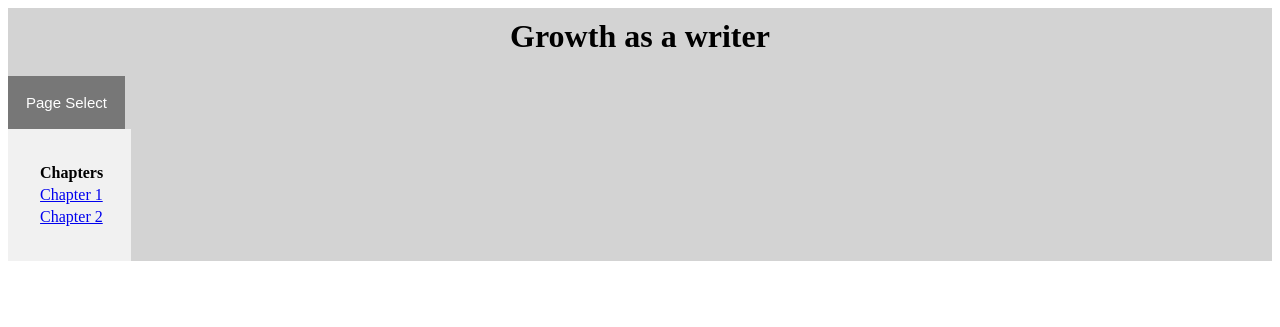
Repository: jpaisiem/WP-4
Page: index.html
These files come from the project's save history. The page is drawn as it stood at one moment and after the next save; the edit follows.
The browser window is 1280 px wide. The pictures show the whole page.

Above is the page before, as saved 2025-04-29 12:24:13.

### index.html
<!DOCTYPE html>
<html>
<head>
<meta name="viewport" content="width=device-width, initial-scale=1">
<style>
.collapsible {
  background-color: #777;
  color: white;
  cursor: pointer;
  padding: 18px;
  width: fit-content;
  border: none;
  text-align: left;
  outline: none;
  font-size: 15px;
}

.active, .collapsible:hover {
  background-color: #555;
}

.content {
  display: flex;
  flex-direction: column;
  overflow: hidden;
  background-color: #f1f1f1;
  width: fit-content;
  height: fit-content;
  padding-left: 2.3%;
  padding-right: 2%;
}
</style>
</head>
<body>
    <div style="background-color: lightgray;">
        <h1 style="text-align: center; background-color: lightgray; padding-top: 10px; margin-top: 0%;">Growth as a writer</h1>
<button type="button" class="collapsible">Page Select</button>
<div class="content">
  <p><table>
    <tr>
        <th>Chapters</th>
    </tr>
    <tr>
        <td><a href="#">Chapter 1</a></td>
    </tr>
     <tr>
        <td><a href="#">Chapter 2</a></td>
    </tr>
  </table></p>
</div>
    </div>


<script>
var coll = document.getElementsByClassName("collapsible");
var i;

for (i = 0; i < coll.length; i++) {
  coll[i].addEventListener("click", function() {
    this.classList.toggle("active");
    var content = this.nextElementSibling;
    if (content.style.display === "block") {
      content.style.display = "none";
    } else {
      content.style.display = "block";
    }
  });
}
</script>

</body>
</html>

After the next save:
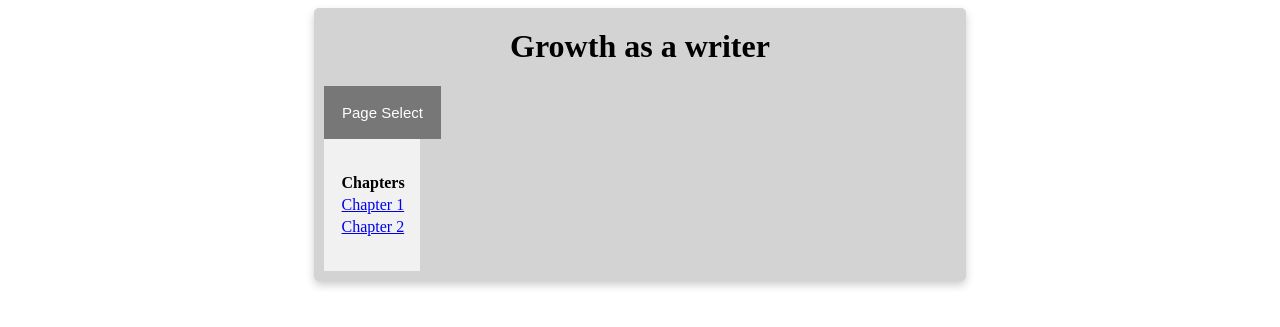
Saved 29 s later.
--- a/index.html
+++ b/index.html
@@ -32,7 +32,7 @@
 </style>
 </head>
 <body>
-    <div style="background-color: lightgray;">
+    <div style="background-color: lightgray; flex-direction: column; padding: 10px; margin: 0% auto; width: 50%; border-radius: 5px; box-shadow: 0 4px 8px rgba(0,0,0,0.2);">
         <h1 style="text-align: center; background-color: lightgray; padding-top: 10px; margin-top: 0%;">Growth as a writer</h1>
 <button type="button" class="collapsible">Page Select</button>
 <div class="content">

After the save that followed:
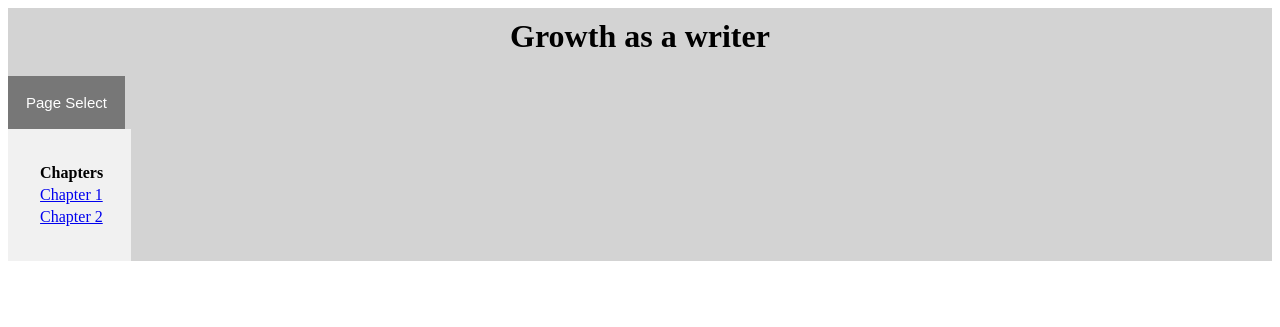
Saved 27 s later.
--- a/index.html
+++ b/index.html
@@ -32,7 +32,7 @@
 </style>
 </head>
 <body>
-    <div style="background-color: lightgray; flex-direction: column; padding: 10px; margin: 0% auto; width: 50%; border-radius: 5px; box-shadow: 0 4px 8px rgba(0,0,0,0.2);">
+    <div style="background-color: lightgray; flex-direction: column; ">
         <h1 style="text-align: center; background-color: lightgray; padding-top: 10px; margin-top: 0%;">Growth as a writer</h1>
 <button type="button" class="collapsible">Page Select</button>
 <div class="content">
